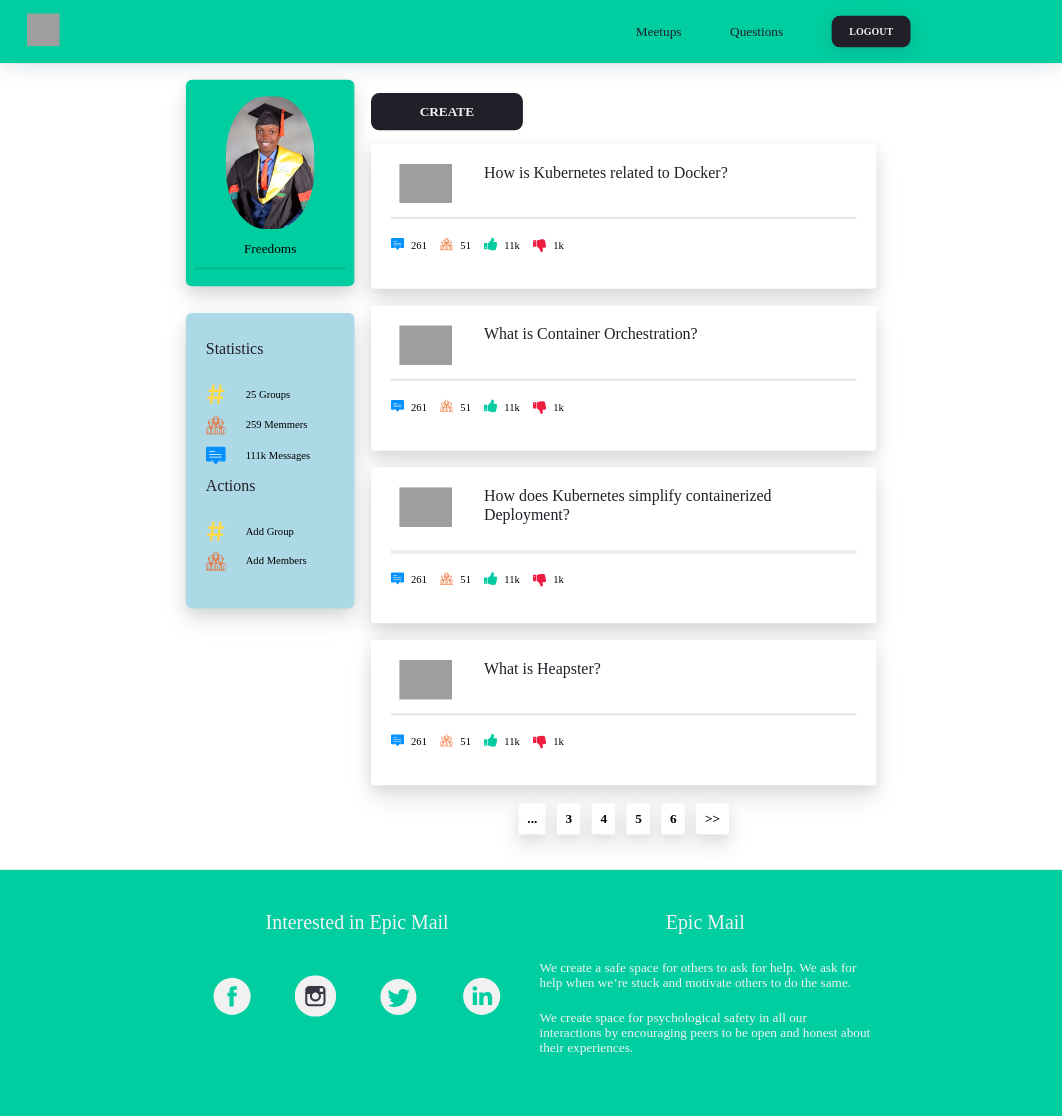
Repository: Gfreedoms/Epic-Mail
Page: pages/admin/profile.html
These files come from the project's save history. The page is drawn as it stood at one moment and after the next save; the edit follows.
The browser window is 1280 px wide. The pictures show the whole page, at 83% of full size.
Pictures or frames that could not be fetched are drawn as grey boxes. Some web fonts or font styles are not loaded; a fallback is used.

Above is the page before, as saved 2019-02-27 08:38:27.

### pages/admin/profile.html
<!DOCTYPE html>
<html lang="en">

<head>
	<meta charset="UTF-8">
	<meta name="viewport" content="width=device-width, initial-scale=1.0">
	<meta http-equiv="X-UA-Compatible" content="ie=edge">
	<link rel="apple-touch-icon" sizes="180x180" href="../../assets/favicon/apple-touch-icon.png">
	<link rel="icon" type="image/png" sizes="32x32" href="../../assets/favicon/favicon-32x32.png">
	<link rel="icon" type="image/png" sizes="16x16" href="../../assets/favicon/favicon-16x16.png">
	<link rel="manifest" href="../../assets/favicon/site.webmanifest">
	<link rel="mask-icon" href="../../assets/favicon/safari-pinned-tab.svg" color="#5bbad5">
	<meta name="msapplication-TileColor" content="#da532c">
	<meta name="theme-color" content="#ffffff">
	<link rel="stylesheet" href="../../styles/base.css">
	<link rel="stylesheet" href="../../styles/format.css">
	<link rel="stylesheet" href="../../styles/profile.css">
	<link rel="stylesheet" href="../../styles/admin.css">
	<title>Admin Profile | QUESTIONER - ANDELA BOOTCAMP</title>
</head>

<body>
	<!-- Navigation Section Starts -->
	<section id="navigation">
		<nav class="navbar">
			<a href="../../" id="nav-brand">
				<img src="../../assets/imgs/logo.svg" alt="">
			</a>
			<ul class="nav-menu">
				<li class="visibility"><a class="hover-t" href="./login.html">Login</a></li>
				<li><a class="hover-t" href="./meetup.html">Meetups</a></li>
				<li><a class="hover-t" href="../questions.html">Questions</a></li>
				<li><a class="reg-btn box-sh-dark hover-lg" href="../../">Logout</a></li>
			</ul>
			<a id="menu" href="">
				<img src="../../assets/imgs/menu.svg" alt="">
			</a>
		</nav>
	</section>
	<!-- Navigation Section Ends -->

	<!-- SideBar Nav -->
	<ul id="sidebar" class="navbar-side side-hidden">
		<li><a href="../meetup.html">Meetups</a></li>
		<li><a href="../questions.html">Questions</a></li>
		<li><a class="" href="../../">Logout</a></li>
	</ul>

	<div class="container">
		<div id="v-wrapper">
			<div class="meta-wrapper">
				<div class="profile card">
					<img class="img mauto" src="../../assets/imgs/freedom.jpg" alt="">
					<div class="bio">
						<h3 class="username sm-text">Freedoms</h3>
					</div>
					<div class="divider"></div>

				</div>
				<div class="side">
					<div class="content card">
						<h3 class="md-text">Statistics</h3>
						<ul class="list-items">
							<li>
								<img src="../../assets/imgs/icons/hastag.svg" alt="">
								<span>25 Groups</span>
							</li>
							<li>
								<img src="../../assets/imgs/icons/people.svg" alt="">
								<span>259 Memmers</span>
							</li>
							<li>
								<img src="../../assets/imgs/icons/comment.svg" alt="">
								<span>111k Messages</span>
							</li>
						</ul>
						<h3 class="md-text">Actions</h3>
						<ul class="list-items">
							<li>
								<img src="../../assets/imgs/icons/hastag.svg" alt="">
								<span>Add Group</span>
							</li>
							<li>
								<img src="../../assets/imgs/icons/people.svg" alt="">
								<span>Add Members</span>
							</li>

						</ul>
					</div>
				</div>
			</div>
			<div class="meetups">
				<div class="intro">
					<a href="../create_group.html" class="btn">Create</a>
				</div>
				<div class="questions card-lg hover-lg">
					<div class="content pall-1">
						<div class="q-title">
							<img class="img mauto" height="2rem" src="https://issagoal.com.ng/wp-content/uploads/2019/01/user4.png" alt="">
							<div class="meta">
								<h3 class="md-text title">How is Kubernetes related to Docker?</h3>
							</div>
						</div>
						<div class="divider"></div>
						<div class="q-actions">
							<span>
								<a><img src="../../assets/imgs/icons/comment.svg" alt=""></a>
								261
							</span>
							<span>
								<a><img src="../../assets/imgs/icons/people.svg" alt=""></a>
								51
							</span>
							<span>
								<a><img src="../../assets/imgs/icons/upvote.svg" alt=""></a>
								11k
							</span>
							<span>
								<a><img src="../../assets/imgs/icons/downvote.svg" alt=""></a>
								1k
							</span>
						</div>
					</div>
				</div>
				<div class="questions card-lg hover-lg">
					<div class="content pall-1">
						<div class="q-title">
							<img class="img mauto" height="2rem" src="https://issagoal.com.ng/wp-content/uploads/2019/01/user1.png" alt="">
							<div class="meta">
								<h3 class="md-text title">What is Container Orchestration?</h3>
							</div>
						</div>
						<div class="divider"></div>
						<div class="q-actions">
							<span>
								<a><img src="../../assets/imgs/icons/comment.svg" alt=""></a>
								261
							</span>
							<span>
								<a><img src="../../assets/imgs/icons/people.svg" alt=""></a>
								51
							</span>
							<span>
								<a><img src="../../assets/imgs/icons/upvote.svg" alt=""></a>
								11k
							</span>
							<span>
								<a><img src="../../assets/imgs/icons/downvote.svg" alt=""></a>
								1k
							</span>
						</div>
					</div>
				</div>
				<div class="questions card-lg hover-lg">
					<div class="content pall-1">
						<div class="q-title">
							<img class="img mauto" height="2rem" src="https://issagoal.com.ng/wp-content/uploads/2019/01/user.png" alt="">
							<div class="meta">
								<h3 class="md-text title">How does Kubernetes simplify containerized Deployment?</h3>
							</div>
						</div>
						<div class="divider"></div>
						<div class="q-actions">
							<span>
								<a><img src="../../assets/imgs/icons/comment.svg" alt=""></a>
								261
							</span>
							<span>
								<a><img src="../../assets/imgs/icons/people.svg" alt=""></a>
								51
							</span>
							<span>
								<a><img src="../../assets/imgs/icons/upvote.svg" alt=""></a>
								11k
							</span>
							<span>
								<a><img src="../../assets/imgs/icons/downvote.svg" alt=""></a>
								1k
							</span>
						</div>
					</div>
				</div>
				<div class="questions card-lg hover-lg">
					<div class="content pall-1">
						<div class="q-title">
							<img class="img mauto" height="2rem" src="https://issagoal.com.ng/wp-content/uploads/2019/01/user3.png" alt="">
							<div class="meta">
								<h3 class="md-text title">What is Heapster?</h3>
							</div>
						</div>
						<div class="divider"></div>
						<div class="q-actions">
							<span>
								<a><img src="../../assets/imgs/icons/comment.svg" alt=""></a>
								261
							</span>
							<span>
								<a><img src="../../assets/imgs/icons/people.svg" alt=""></a>
								51
							</span>
							<span>
								<a><img src="../../assets/imgs/icons/upvote.svg" alt=""></a>
								11k
							</span>
							<span>
								<a><img src="../../assets/imgs/icons/downvote.svg" alt=""></a>
								1k
							</span>
						</div>
					</div>
				</div>
				<div class="pagination">
					<span class="card hover-lg hover-t">...</span>
					<span class="card hover-lg hover-t">3</span>
					<span class="card hover-lg hover-t">4</span>
					<span class="card hover-lg hover-t">5</span>
					<span class="card hover-lg hover-t">6</span>
					<span class="card hover-lg hover-t">>></span>
				</div>
			</div>
		</div>
	</div>

	<footer class="bg-secondary">
		<div class="container">
			<div class="info-about">
				<h3 class="md-text">Interested in Epic Mail</h3>
				<div class="social-links">
					<a><img src="../../assets/imgs/icons/facebook.svg" alt=""></a>
					<a><img src="../../assets/imgs/icons/instagram.svg" alt=""></a>
					<a><img src="../../assets/imgs/icons/twitter.svg" alt=""></a>
					<a><img src="../../assets/imgs/icons/linkedin.svg" alt=""></a>
				</div>
			</div>
			<div class="additional-info">
				<h3 class="md-text">Epic Mail</h3>
				<p class="sm-text">
					We create a safe space for others to ask for help.
					We ask for help when we’re stuck and motivate others to do the same.
				</p>
				<p class="sm-text">
					We create space for psychological safety in all our interactions by encouraging peers to be open and honest about
					their experiences.
				</p>
			</div>
		</div>
	</footer>
	<script src="../../scripts/index.js"></script>
	<script src="../../scripts/admin.js"></script>
</body>

</html>

### styles/format.css
.is-danger {
	color: red;
}

.divider {
	height: 0.2rem;
	background: #221F28;
	opacity: 0.1;
	margin: 1rem auto;
	width: 100%;
}

table {
	width: 750px;
	border-collapse: collapse;
	margin: 50px auto;
}

/* Zebra striping */
tr:nth-of-type(odd) {
	background: #eee;
}

th {
	background: #221F28;
	color: white;
	font-weight: bold;
}

td,
th {
	padding: 10px;
	border: 1px solid #ccc;
	text-align: left;
	font-size: 18px;
}

@media only screen and (max-width: 760px),
(min-device-width: 768px) and (max-device-width: 1024px) {

	table {
		width: 100%;
	}

	/* Force table to not be like tables anymore */
	table,
	thead,
	tbody,
	th,
	td,
	tr {
		display: block;
	}

	thead tr {
		position: absolute;
		top: -9999px;
		left: -9999px;
	}

	tr {
		border: 1px solid #ccc;
	}

	td {
		border: none;
		border-bottom: 1px solid #eee;
		position: relative;
		padding-left: 50%;
	}

	td:before {
		position: absolute;
		/* Top/left values mimic padding */
		top: 6px;
		left: 6px;
		width: 45%;
		padding-right: 10px;
		white-space: nowrap;
		/* Label the data */
		content: attr(data-column);

		color: #000;
		font-weight: bold;
	}

	tbody tr {
		padding: 1rem;
	}
}

.m1 {
	margin-top: 0.8rem !important;
	margin-bottom: 0.8rem !important;
}

.pagination {
	text-align: center;
	margin: 2rem auto;
}

.pagination span {
	padding: 10px;
	border-radius: 2px;
	font-family: 'Circular-Book';
	font-weight: 600;
	font-size: 1rem;
	margin: 0 5px;
}

@media screen and (min-width: 1680px) {
	.reg-btn {
		padding: 1.5rem 1.6rem 1.5rem;
		font-size: 1rem;
	}

	.input {
		margin-top: 2rem;
	}

	.nav-menu a.hover-t {
		font-size: 1.4rem !important;
	}
}

### styles/profile.css
#v-wrapper {
	display: grid;
	grid-template-columns: 1fr 3fr;
	grid-gap: 20px;
	padding: 20px 0;
}

div.content.card {
	background: lightblue;
	padding: 2rem 1.5rem;
	margin-bottom: 20px;
}

.profile {
	display: grid;
	padding: 20px 10px;
	background-color:#00cea0;
}

.user_side_bar{

    margin-left: -9px;
    border-radius: .45rem;
    margin-top: 40px;
    background: #00cea0;
    padding: 20px 10px;
    margin-bottom: 20px;
    box-shadow: 0 15px 30px 0 rgba(0, 0, 0, .11), 0 5px 15px 0 rgba(0, 0, 0, .08);
    margin-right: -9px;
}


.profile.user {
	max-height: 25%;
}

.labels{
	margin-top: 3px;
    margin-left: 20px;
}

#v-wrapper>div.profile.card>div.divider {
	width: 100%;
}

.stats {
	display: grid;
	grid-template-columns: 1fr 1fr;
}

.stats h3 {
	color: #221F28;
	font-weight: 800;
	font-family: "Circular-Book";
}

.profile .img {
    height: 160px;
    width: auto;
    border-radius: 45%
}

.profile span {
	text-align: center;
	font-size: 0.5rem;
	color: grey;
	text-transform: uppercase;
}

span .sm-text {
	margin-bottom: 0;
}

.label_links{
	color: #221F28;
}

.questions {
	padding: 1.5rem;
	margin-bottom: 20px;
}

.questions h3 {
	color: #221F28;
	margin-bottom: 1rem;
}

.questions .divider {
	margin-left: 0;
	margin-top: 0.5rem;
}

.q-link h3 {
	font-family: 'Circular-Book';
	font-weight: 800;
	font-size: 0.7rem;
	text-transform: uppercase;
	color: #00cea0;
}

.q-link:hover h3 {
	color: #F01D43;
}

.q-actions {
	display: block;
	margin: 20px 0;
	height: auto;
}

.q-actions img {
	height: 1rem;
	position: relative;
	top: 2px;
}

.q-actions span {
	margin-right: 1rem;
	font-family: 'Circular-Book';
	font-size: 0.8rem;
}

.q-actions span a {
	margin-right: 5px;
}

.q-actions span:nth-child(2) img,
.q-actions span:nth-child(3) img {
	position: relative;
	top: 2px;
}

.q-actions span:nth-child(4) img {
	position: relative;
	top: 4px;
}

.divider {
	margin-bottom: 0;
	margin-top: 0.5rem;
}

.username {
	color: inherit;
	font-family: 'Circular-Book';
	text-align: center;
	margin: 15px 0 5px;
}

.meta-wrapper {
	grid-template-rows: 1fr 9fr;
}

.list-items {
	text-decoration: none;
}

.list-items li {
	display: grid;
	grid-template-columns: 1fr 9fr;
	margin: 0.8rem 0;
}

.list-items span {
	font-family: 'Circular-Book';
	font-size: 0.8rem;
	position: relative;
	top: 5px;
	margin-left: 1.5rem;

}

.list-items img {
	height: 1.5rem;
}

div.content.card {
	padding: 2rem 1.5rem;
	margin-bottom: 20px;
}

.content .md-text {
	color: #221F28;
    font-size: 1rem;

}

.actions {
	/* width: 0%; */
	display: grid;
	grid-template-columns: 0.5fr 1fr 1fr;
	grid-gap: 10px;
	align-items: center;
}

.actions h3 {
	margin-bottom: 0;
}

.actions a {
	font-family: 'Circular-Book';
	font-size: 0.8rem;
	padding: 0.5rem 0.6rem;
	text-align: center;
	color: #fff;
	border-radius: 10px;
}

@media (min-width: 1680px) {
	.profile {
		height: 300px !important;
	}

	.profile span {
		font-size: 0.8rem;
		margin: 10px 0 0;
		font-weight: 800;
	}

	.list-items span {
		font-family: 'Circular-Book' !important;
		font-size: 1rem !important;
	}
}

.q-title {
	display: grid;
	grid-template-columns: 15% 80%;
	grid-gap: 5%;
	margin-bottom: 1rem;
}

.q-title img {
	height: 3rem;
}

@media (max-width: 576px) {
	.profile.user {
		max-height: 200px;
	}

	.q-actions {
		display: grid;
		grid-template-columns: 1fr;
		grid-row-gap: 3px;
	}

	#v-wrapper {
		grid-template-columns: 1fr;
	}

	#v-wrapper .divider {
		display: none;
	}

	.profile {
		padding: 20px 10px;
		height: auto;
		grid-template-columns: 1fr 2fr;
	}

	.stats {
		align-items: flex-end;
	}
	.user_side_bar{
		max-height: 200px;
		padding: 20px 10px;
		height: auto;
		grid-template-columns: 1fr 2fr;
	}
}

### styles/admin.css
.intro a {
	width: 30%;
}

.intro h3 {
	color: #221F28;
	margin-bottom: 1rem;
}

.btn {
	background: #221F28;
	color: #F1F1F2;
	padding: 1rem 0;
	margin: 1rem 0;
	text-transform: uppercase;
	font-size: 1rem;
	border-radius: 10px;
	-webkit-border-radius: 10px;
	-moz-border-radius: 10px;
}

.q-actions {
	display: flex;
	flex-direction: row;
	margin: 20px 0;
	height: auto;
}

.q-actions img {
	height: 1rem;
	position: relative;
	top: 2px;
}

.q-actions span {
	margin-right: 1rem;
	font-family: 'Circular-Book';
	font-size: 0.8rem;
}

.q-actions span a {
	margin-right: 5px;
}

.q-actions span:nth-child(2) img,
.q-actions span:nth-child(3) img {
	position: relative;
	top: 2px;
}

.q-actions span:nth-child(4) img {
	position: relative;
	top: 4px;
}

.divider {
	margin-bottom: 0;
	margin-top: 0.5rem;
}

.username {
	color: inherit;
	font-family: 'Circular-Book';
	text-align: center;
	margin: 15px 0 5px;
}

.meta-wrapper {
	grid-template-rows: 1fr 9fr;
}

.list-items {
	text-decoration: none;
}

.list-items li {
	display: grid;
	grid-template-columns: 1fr 9fr;
	margin: 0.8rem 0;
}

.list-items span {
	font-family: 'Circular-Book';
	font-size: 0.8rem;
	position: relative;
	top: 5px;
	margin-left: 1.5rem;

}

.list-items img {
	height: 1.5rem;
}

div.content.card {
	background: lightblue;
	padding: 2rem 1.5rem;
	margin-bottom: 20px;
}

.content .md-text {
	color: #221F28;
	font-size: 1.2rem;
}

.actions {
	/* width: 0%; */
	display: grid;
	grid-template-columns: 0.5fr 1fr 1fr;
	grid-gap: 10px;
	align-items: center;
}

.actions h3 {
	margin-bottom: 0;
}

.actions a {
	font-family: 'Circular-Book';
	font-size: 0.8rem;
	padding: 0.5rem 0.6rem;
	text-align: center;
	color: #fff;
	border-radius: 10px;
}

### styles/fonts.css
@font-face {
	font-family: "Circular-Light";
	src:
		url("../assets/fonts/Circular-Light.woff") format("woff");
}
@font-face {
	font-family: "Circular-Book";
	src:
		url("../assets/fonts/Circular-Book.woff") format("woff");
}
@font-face {
	font-family: "Circular-Bold";
	src:
		url("../assets/fonts/Circular-Bold.woff") format("woff");
}

* {
	font-family: 'Circular-Light';
}

Loaded but not shown: scripts/index.js (10 lines, source omitted); scripts/admin.js (9 lines, source omitted); styles/base.css (742 lines, source omitted)

After the next save:
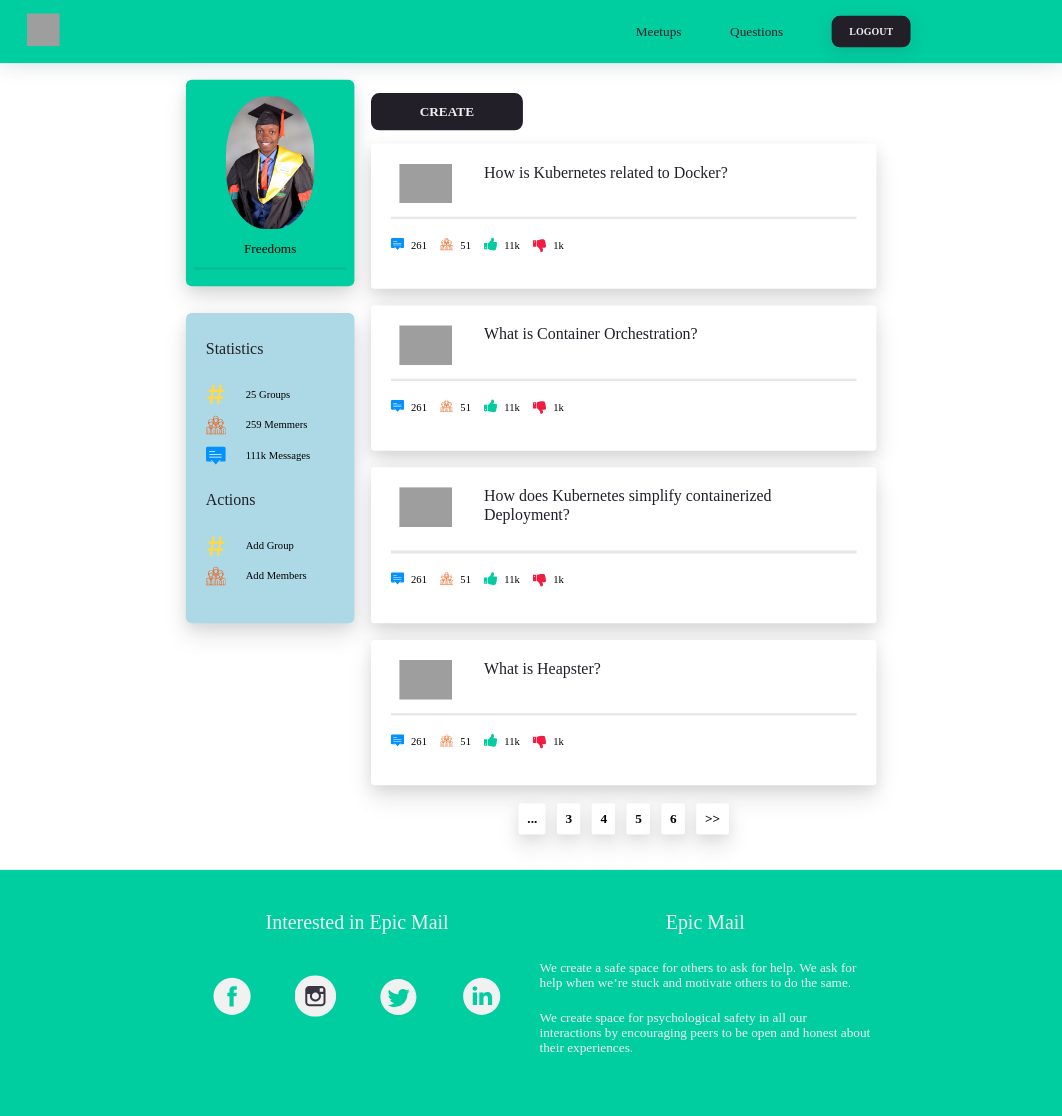
Saved 52 s later.
--- a/pages/admin/profile.html
+++ b/pages/admin/profile.html
@@ -74,6 +74,7 @@
 								<span>111k Messages</span>
 							</li>
 						</ul>
+					</br>
 						<h3 class="md-text">Actions</h3>
 						<ul class="list-items">
 							<li>
